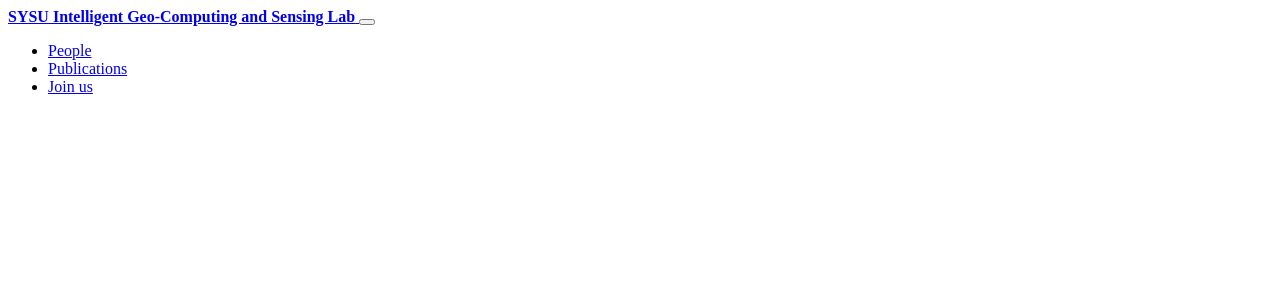
Repository: rssysu/rssysu.github.io
Page: header.html
An editor plug-in stored every save of this project. The page is shown before and after the next save, followed by the edit.
The browser window is 1280 px wide. The pictures show the whole page.

Above is the page before, as saved 2025-03-24 10:40:24.

After the next save:
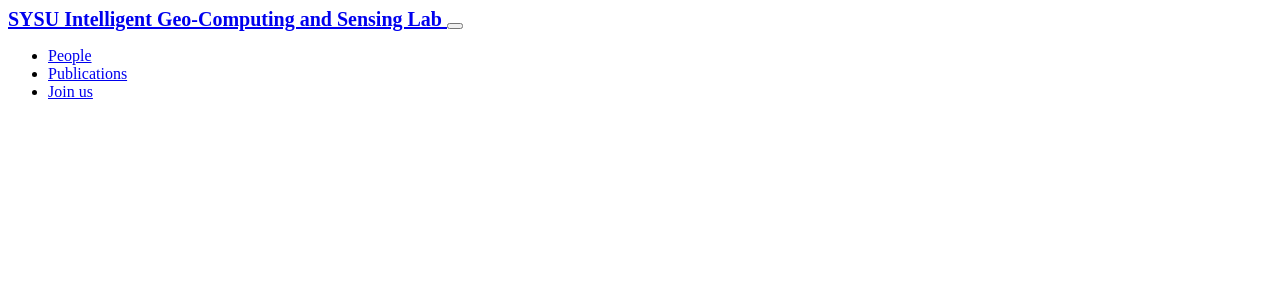
Saved 19 min 35 s later.
--- a/header.html
+++ b/header.html
@@ -3,7 +3,7 @@
         <!-- <div class="container"> -->
 
             <div class="navbar-translate">
-                <a class="navbar-brand" href="./index.html" style="font-weight: 400;"><b>SYSU Intelligent Geo-Computing and Sensing Lab</b> </a>
+                <a class="navbar-brand" href="./index.html" style="font-weight: 400; font-size: 20px"><b>SYSU Intelligent Geo-Computing and Sensing Lab</b> </a>
                 <button class="navbar-toggler" type="button" data-toggle="collapse" aria-expanded="false" aria-label="Toggle navigation">
                     <span class="navbar-toggler-icon"></span>
                     <span class="navbar-toggler-icon"></span>

After the save that followed:
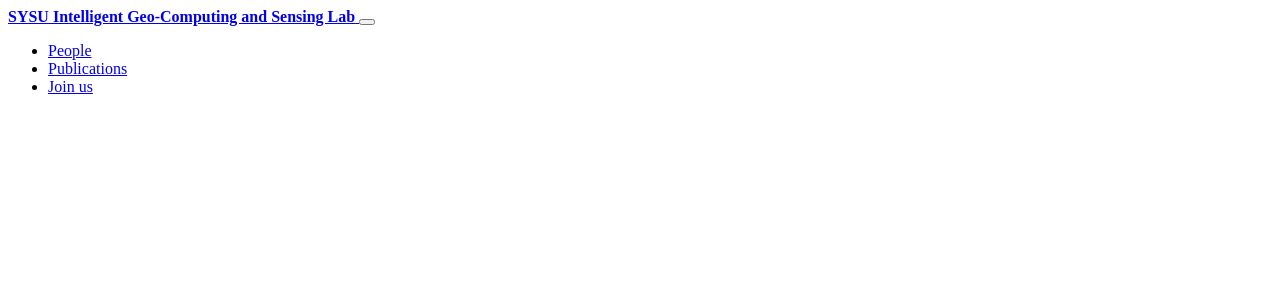
Saved 27 s later.
--- a/header.html
+++ b/header.html
@@ -3,7 +3,7 @@
         <!-- <div class="container"> -->
 
             <div class="navbar-translate">
-                <a class="navbar-brand" href="./index.html" style="font-weight: 400; font-size: 20px"><b>SYSU Intelligent Geo-Computing and Sensing Lab</b> </a>
+                <a class="navbar-brand" href="./index.html" style="font-weight: 400"><b>SYSU Intelligent Geo-Computing and Sensing Lab</b> </a>
                 <button class="navbar-toggler" type="button" data-toggle="collapse" aria-expanded="false" aria-label="Toggle navigation">
                     <span class="navbar-toggler-icon"></span>
                     <span class="navbar-toggler-icon"></span>
